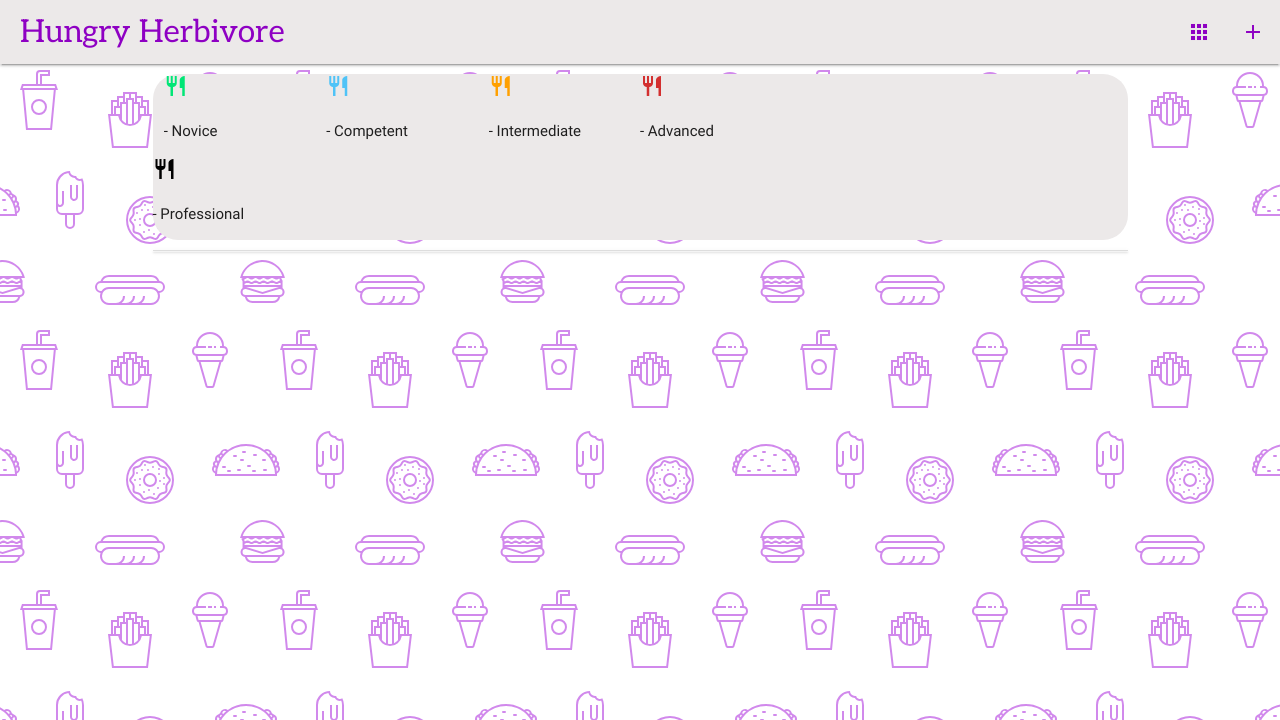
Repository: tgarratt/HungryHerbivore-Milestone3
Page: templates/recipes.html
The author's editor kept a record of every edit. The page is drawn from the files as they stood at one moment, then again after the next edit.
The browser window is 1280 px wide. The pictures show the whole page.
The template is drawn by Flask 3. The application's start-up code is not run. The template is opened directly, without the code that normally fills it, so the values that code supplies are empty.

Above is the page before.

After the next edit:
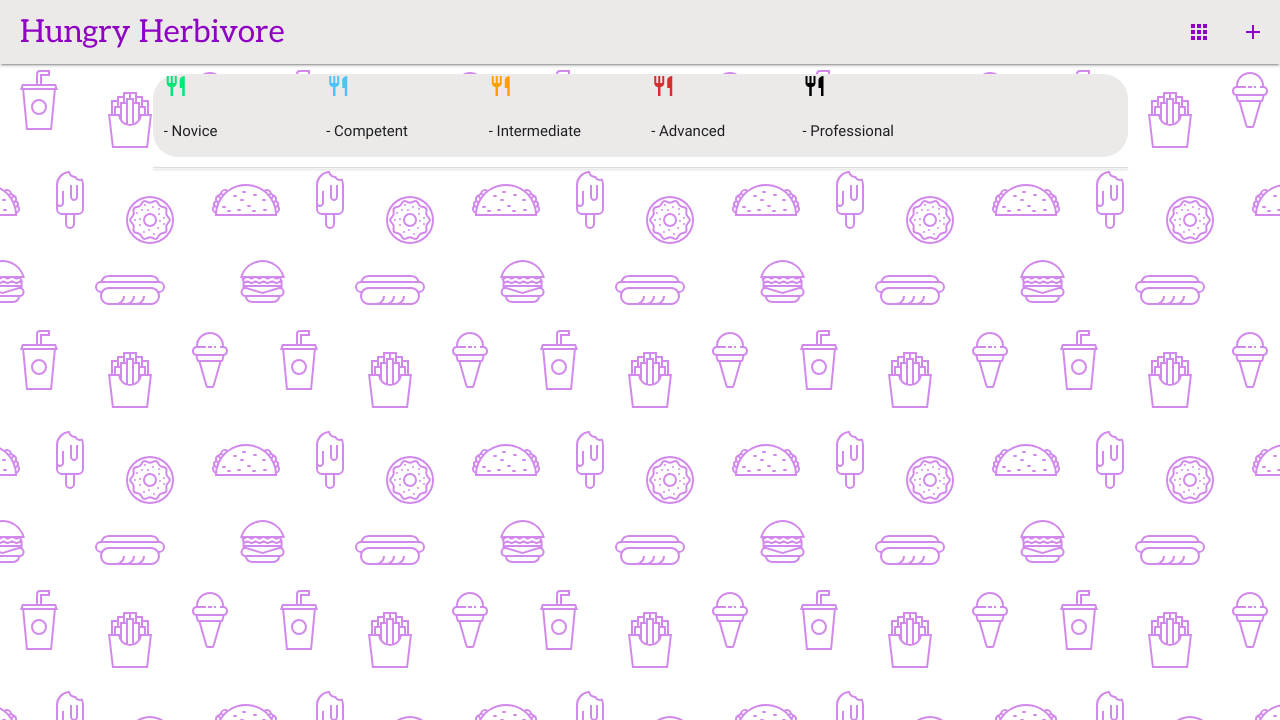
The edit:
--- a/templates/recipes.html
+++ b/templates/recipes.html
@@ -13,7 +13,7 @@
         <i class="material-icons intermediate">restaurant</i>
         <p> - Intermediate</p>
     </div>
-    <div>
+    <div class="col l2">
         <i class="material-icons advanced">restaurant</i>
         <p> - Advanced</p>
     </div>
